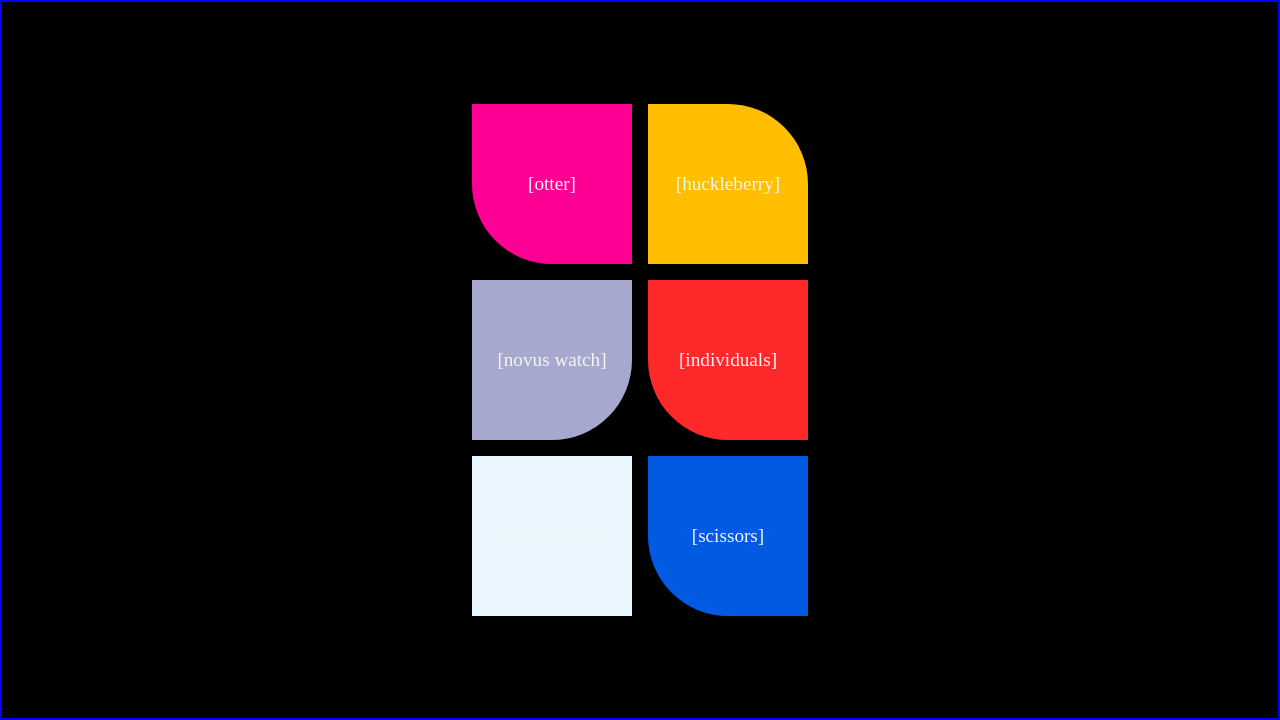
Repository: dark-txch/ass-1-6
Page: index.html
The author's editor kept a copy of each file at every save. The page is drawn from the files as they stood at one save, then again after the next save.
The browser window is 1280 px wide. The pictures show the whole page.

Above is the page before, as saved 2024-11-29 15:13:54.

After the next save:
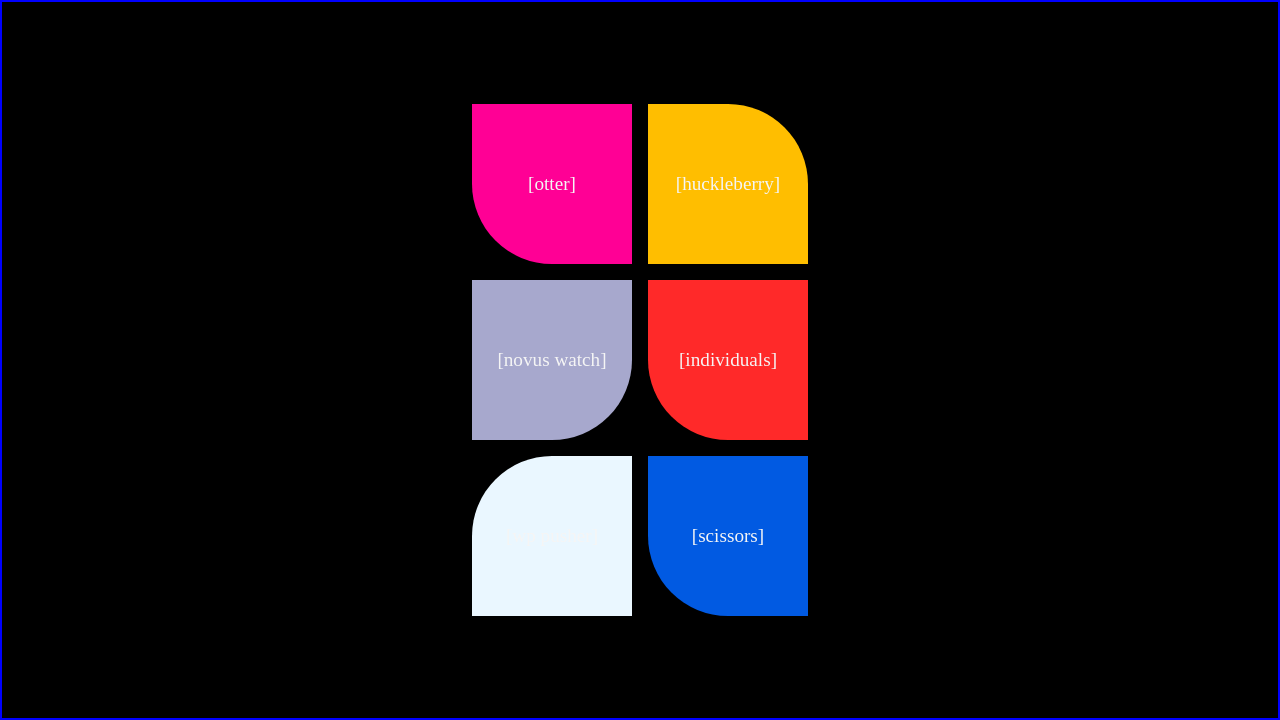
Saved 4 s later.
--- a/src/styles/index/index.css
+++ b/src/styles/index/index.css
@@ -78,7 +78,7 @@
 	background-color: #eaf7ff;
 	color: black;
 
-	border-radius: 0 0 0 0;
+	border-radius: 50% 0 0 0;
 }
 nav ul :nth-child(6) {
 	background-color: #015ae2;
